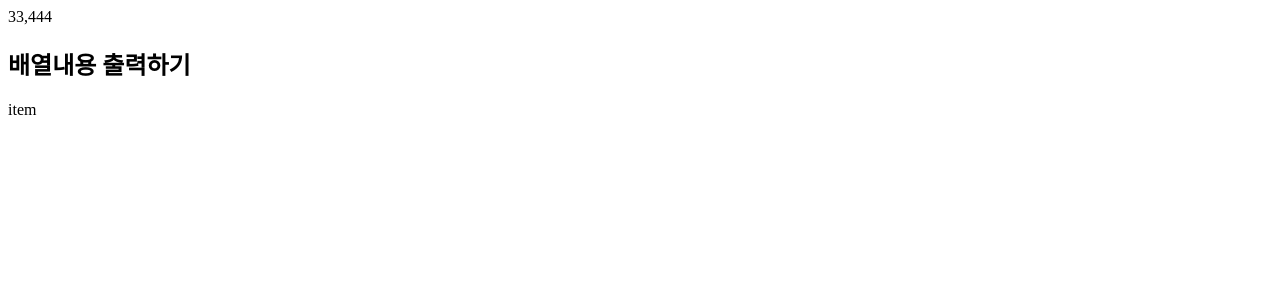
Repository: victoai/javaee2
Page: http://localhost/mvc/jstlEx.jsp
The author's editor kept a copy of each file at every save. The page is drawn from the files as they stood at one save, then again after the next save.
The browser window is 1280 px wide. The pictures show the whole page.
The page is served by Tomcat 9.

Above is the page before, as saved 2023-08-26 13:55:39.

After the next save:
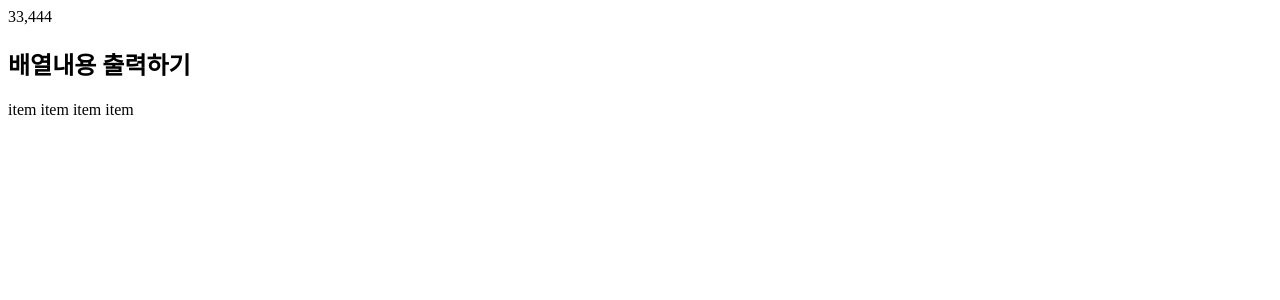
Saved 119 s later.
--- a/mvc/src/main/webapp/jstlEx.jsp
+++ b/mvc/src/main/webapp/jstlEx.jsp
@@ -18,8 +18,8 @@
 
 <h2> 배열내용 출력하기</h2>
 
-<%  String[] messages= { "one" , "two", "three"} ; %>
-<c:set var="msg"   value="message"/>
+
+<c:set var="msg">apple, banana, orange, kiwi</c:set>
 
 <c:forEach var="item" items="${msg}">
 <c:out value="item"></c:out>
